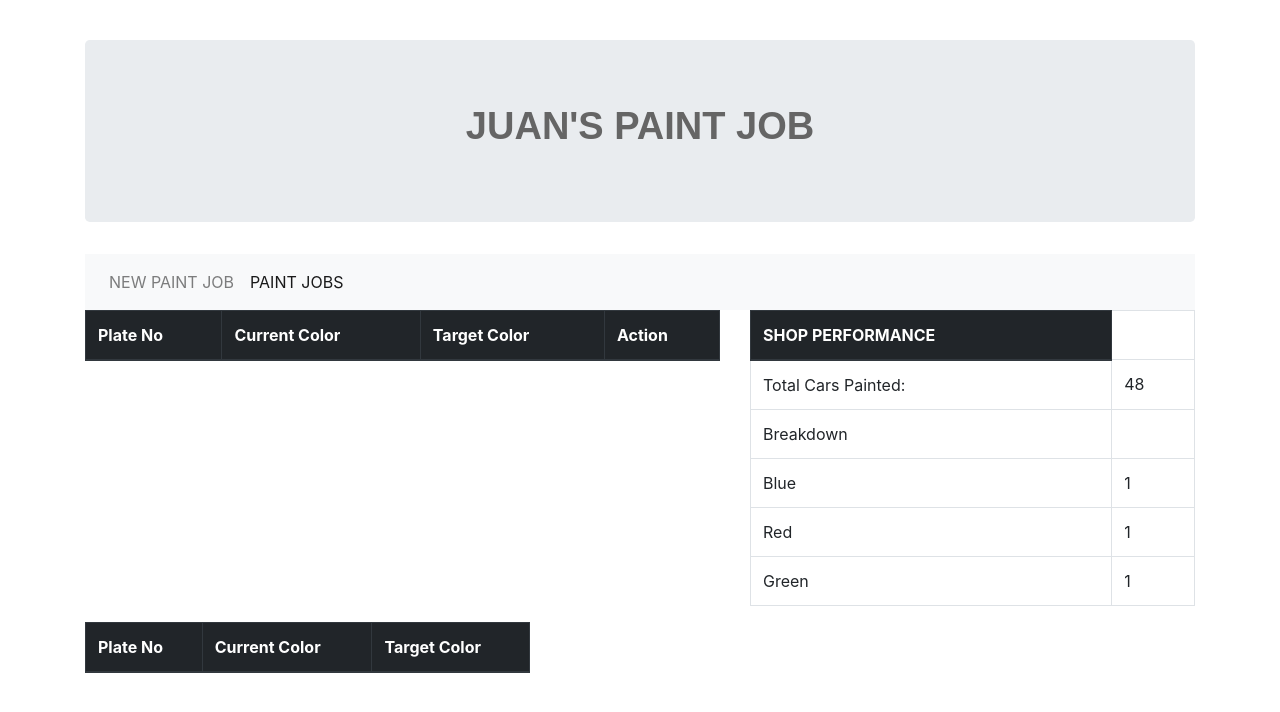
Repository: soycaringal/paint-job
Page: http://localhost/jobs
An editor plug-in stored every save of this project. The page is shown before and after the next save, followed by the edit.
The browser window is 1280 px wide. The pictures show the whole page.
The page is served by the project's Laravel application, run on PHP 8.4 with Laravel 8. Other server files are loaded and not shown. Queries for data that is not in the repository find no rows.

Above is the page before, as saved 2020-02-22 22:46:50.

### routes/web.php
<?php

/*
|--------------------------------------------------------------------------
| Web Routes
|--------------------------------------------------------------------------
|
| Here is where you can register web routes for your application. These
| routes are loaded by the RouteServiceProvider within a group which
| contains the "web" middleware group. Now create something great!
|
*/

Route::get('/', 'CarController@index')->name('home');
Route::get('/jobs', 'CarController@jobs')->name('jobs');
Route::post('/car', 'CarController@store')->name('car.store');

// Route::post('/car', function () {

//     return 'aw';
// });

### app/Http/Controllers/CarController.php
<?php

namespace App\Http\Controllers;

use App\Car;
use Illuminate\Http\Request;

class CarController extends Controller
{
    private $car;

    public function __construct(Car $car) {
        $this->car = $car;
    }

    /**
     * Display a listing of the resource.
     *
     * @return \Illuminate\Http\Response
     */
    public function index()
    {
        $cars = $this->car->all();
        return view('home', compact('cars'));
    }

        /**
     * Display a listing of the resource.
     *
     * @return \Illuminate\Http\Response
     */
    public function jobs()
    {
        return view('jobs');
    }

    /**
     * Show the form for creating a new resource.
     *
     * @return \Illuminate\Http\Response
     */
    public function create()
    {
        //
    }

    /**
     * Store a newly created resource in storage.
     *
     * @param  \Illuminate\Http\Request  $request
     * @return \Illuminate\Http\Response
     */
    public function store(Request $request)
    {
        $data = $request->all();

        $car = new Car();
        $car->plate_no = $data['plate_no'];
        $car->current_color = $data['current_color'];
        $car->target_color = $data['target_color'];
        $car->save();

        return redirect('/');
    }

    /**
     * Display the specified resource.
     *
     * @param  \App\Car  $car
     * @return \Illuminate\Http\Response
     */
    public function show(Car $car)
    {
        //
    }

    /**
     * Show the form for editing the specified resource.
     *
     * @param  \App\Car  $car
     * @return \Illuminate\Http\Response
     */
    public function edit(Car $car)
    {
        //
    }

    /**
     * Update the specified resource in storage.
     *
     * @param  \Illuminate\Http\Request  $request
     * @param  \App\Car  $car
     * @return \Illuminate\Http\Response
     */
    public function update(Request $request, Car $car)
    {
        $car = $this->car->find($request->id);
        $car->status = 'completed';
        $car->save();
    }

    /**
     * Remove the specified resource from storage.
     *
     * @param  \App\Car  $car
     * @return \Illuminate\Http\Response
     */
    public function destroy(Car $car)
    {
        //
    }
}

### resources/views/jobs.blade.php
@extends('layouts.app')

@section('content')

<div class="row">
    <section class="col-7">
        <div class="cars">
            <table class="table table-bordered">
                <thead class="thead thead-dark">
                    <tr>
                        <th scope="col">Plate No</th>
                        <th scope="col">Current Color</th>
                        <th scope="col">Target Color</th>
                        <th scope="col">Action</th>
                    </tr>
                </thead>
                <tbody class="car-in-progress">

                </tbody>
            </table>
        </div>
    </section>
    <section class="col-5">
        <div class="cars">
            <table class="table table-bordered">
                <thead class="thead thead-dark">
                    <tr>
                        <th scope="col">SHOP PERFORMANCE</th>
                    </tr>
                </thead>
                <tbody class="car-performance">
                   <tr>
                       <td>Total Cars Painted:</td>
                       <td>48</td>
                   </tr>
                   <tr>
                       <td>Breakdown</td>
                   </tr>
                   <tr>
                       <td>Blue</td>
                       <td>1</td>
                   </tr>
                   <tr>
                       <td>Red</td>
                       <td>1</td>
                   </tr>
                   <tr>
                       <td>Green</td>
                       <td>1</td>
                   </tr>
                </tbody>
            </table>
        </div>
    </section>
</div>
<div class="row">
    <section class="col-5">
        <div class="cars">
            <table class="table table-bordered">
                <thead class="thead thead-dark">
                    <tr>
                        <th scope="col">Plate No</th>
                        <th scope="col">Current Color</th>
                        <th scope="col">Target Color</th>
                    </tr>
                </thead>
                <tbody class="car-queue">

                </tbody>
            </table>
        </div>
    </section>
</div>

<script>
    $(document).ready(() => {
        getData();
        poll();
    })

    function templatePending(cars) {
        let template = '\
        <tr> \
            <td>{PLATE_NO}</td> \
            <td>{CURRENT_COLOR}</td> \
            <td>{TARGET_COLOR}</td> \
            <td>{ACTION}</td> \
        </tr>';

        let result = '';
        cars.forEach(car => {
            const action = '<a onclick="updateStatus(' + car.id + ')" href="javascript:void(0)">Mark as Completed</>'
            let row =  template
                .replace('{PLATE_NO}', car.plate_no)
                .replace('{CURRENT_COLOR}', car.current_color)
                .replace('{TARGET_COLOR}', car.target_color)
                .replace('{ACTION}', action)

            result += row;
        });

        $('.car-in-progress').html(result);
    }

    function updateStatus(id) {
        $.post('/api/car', {id: id})
        .then((res) => {
            console.log(res);
        });
    }

    function getData() {
        $.get('/api/cars/pending')
        .then((res) => {
            templatePending(res);
        });

        $.get('/api/cars/queue')
        .then((res) => {
            template(res);
        });

        poll();
    }

    function poll() {
        setTimeout(() => {
            getData()
        }, 3000);
    }
</script>


@endsection

### resources/views/layouts/app.blade.php
<!DOCTYPE html>
<html lang="{{ str_replace('_', '-', app()->getLocale()) }}">
    <head>
        <meta charset="utf-8">
        <meta name="viewport" content="width=device-width, initial-scale=1">

        <title>Laravel</title>

        <!-- Fonts -->
        <link href="https://fonts.googleapis.com/css?family=Nunito:200,600" rel="stylesheet">
        <link rel="stylesheet" href="https://stackpath.bootstrapcdn.com/bootstrap/4.1.3/css/bootstrap.min.css" integrity="sha384-MCw98/SFnGE8fJT3GXwEOngsV7Zt27NXFoaoApmYm81iuXoPkFOJwJ8ERdknLPMO" crossorigin="anonymous">
        <script src="https://code.jquery.com/jquery-3.3.1.slim.min.js" integrity="sha384-q8i/X+965DzO0rT7abK41JStQIAqVgRVzpbzo5smXKp4YfRvH+8abtTE1Pi6jizo" crossorigin="anonymous"></script>
        <script src="https://cdnjs.cloudflare.com/ajax/libs/popper.js/1.14.3/umd/popper.min.js" integrity="sha384-ZMP7rVo3mIykV+2+9J3UJ46jBk0WLaUAdn689aCwoqbBJiSnjAK/l8WvCWPIPm49" crossorigin="anonymous"></script>
        <script src="https://stackpath.bootstrapcdn.com/bootstrap/4.1.3/js/bootstrap.min.js" integrity="sha384-ChfqqxuZUCnJSK3+MXmPNIyE6ZbWh2IMqE241rYiqJxyMiZ6OW/JmZQ5stwEULTy" crossorigin="anonymous"></script>
        <link href="/css/main.css" rel="stylesheet">
        <script src="https://code.jquery.com/jquery-3.4.1.min.js"
                integrity="sha256-CSXorXvZcTkaix6Yvo6HppcZGetbYMGWSFlBw8HfCJo=" crossorigin="anonymous"></script>
    </head>
    <body>
        <div class="container">
            <header>
                <div class="jumbotron text-center">
                    <h1>Juan's Paint Job</h1>
                </div>
                <nav class="navbar navbar-expand-lg navbar-light bg-light">
                    <div class="collapse navbar-collapse" id="navbarText">
                        <ul class="navbar-nav mr-auto">
                            <li class="nav-item {{ Route::is('home') ? 'active' : '' }}">
                                <a class="nav-link" href="/">NEW PAINT JOB</a>
                            </li>
                            <li class="nav-item {{ Route::is('jobs') ? 'active' : '' }}">
                                <a class="nav-link" href="/jobs">PAINT JOBS</a>
                            </li>
                            </li>
                        </ul>
                    </div>
                </nav>
            </header>
            <main>
                @yield('content')
            </main>
        </div>
    </body>
</html>

### public/css/main.css
header {
    margin-top: 40px;
}

header h1 {
    font-family: 'arial';
    font-weight: bold;
    font-size: 38px;
    text-transform: uppercase;
    color: #656565;
}

.navbar {
    /* background-color: #e9695b; */
}

Loaded but not shown: app/Http/Controllers/Controller.php (common file); app/Car.php (common file)

After the next save:
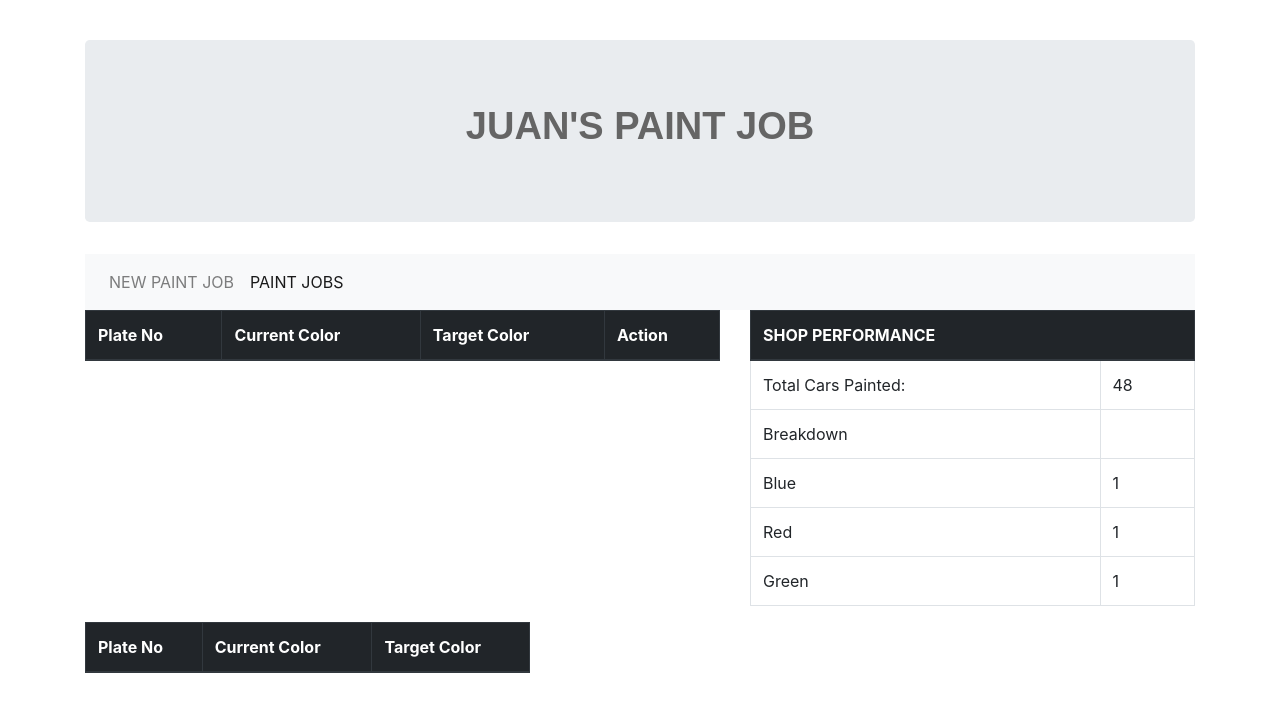
Saved 32 s later.
--- a/resources/views/jobs.blade.php
+++ b/resources/views/jobs.blade.php
@@ -25,7 +25,7 @@
             <table class="table table-bordered">
                 <thead class="thead thead-dark">
                     <tr>
-                        <th scope="col">SHOP PERFORMANCE</th>
+                        <th scope="col" colspan="2">SHOP PERFORMANCE</th>
                     </tr>
                 </thead>
                 <tbody class="car-performance">
